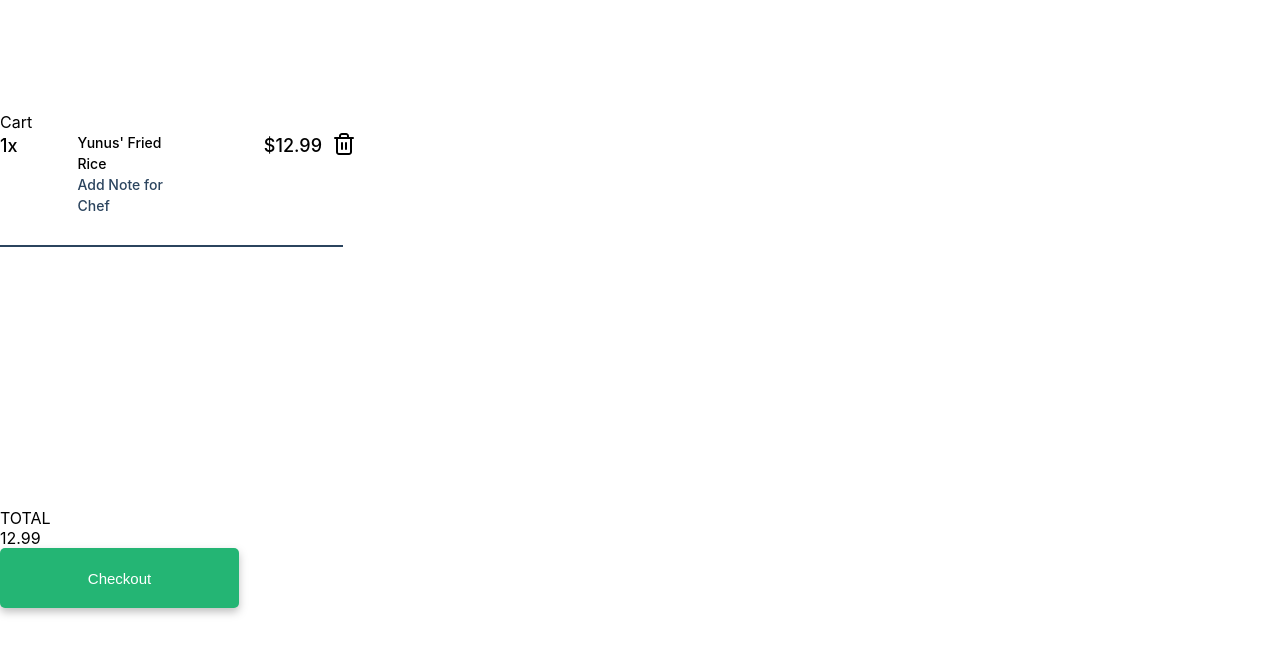
Repository: nguyenlejoe/HomeChef
Page: /DashBoardChef (app in app/)
An editor plug-in stored every save of this project. The page is shown before and after the next save, followed by the edit.
The browser window is 1280 px wide. The pictures show the whole page.
The project was rebuilt for these pictures with package versions that can differ from the ones it lists, and the page was loaded fresh each time.

Above is the page before, as saved 2020-11-05 10:52:51.

### app/src/App.js
import React from 'react';
//import logo from './logo.svg';
//import './App.css';
import Pages from './pages/Checkout';

function App() {
  return (
    <Pages />
  );
}

export default App;

### app/src/pages/Checkout.js
import React from 'react';
import './Checkout.scss';
import CheckoutItem from '../comps/CheckoutItem';
import Button from '../comps/MainButton';

export default function CheckoutPage() {
  return<div className="app">
       <div>
           <div></div>
           <div>Cart</div>
       </div>
       <div className="checkout">
           <CheckoutItem></CheckoutItem>
       </div>

        <div>
            <div>TOTAL</div>
            <div>12.99</div>
        </div>
        <div>
            <Button text="Checkout"></Button>
        </div>
    </div>
}

### app/src/pages/Checkout.scss
.app{
    width: 100vw;
    height:100vh;
    overflow-x: hidden;
    display: flex;
    flex-direction: column;
    justify-content: center;
}

.checkout{
    margin-bottom: 300px;
}

### app/src/comps/CheckoutItem/index.js
import React from 'react';
import styled, {css} from 'styled-components';

const Checkoutitemcont = styled.div`

max-width:346px;
max-height:76px;


`
const Carttxt = styled.div`
display:flex;
flex-direction:row;
`
const Quantity = styled.div`
Margin-right: 60px;font-size: 18px;
font-style: normal;
font-weight: 500;
line-height: 27px;
letter-spacing: 0em;
text-align: left;

`

const ItemName = styled.div`
Margin-right: 90px;
font-size: 14px;
font-style: normal;
font-weight: 500;
line-height: 21px;
letter-spacing: 0em;
text-align: left;

`

const ChefNote = styled.div`
color: #2B445E;
cursor:pointer;

`

const Price = styled.div`
font-size: 18px;
font-style: normal;
font-weight: 500;
line-height: 27px;
letter-spacing: 0em;
text-align: left;

`

const Delete = styled.div`

`

const Bottomhr = styled.div`
height: 0px;
width: 341px;
border-radius: nullpx;
border: 1px solid #2B445E;
margin-top:29px;

`

const Iconcont = styled.div `
position:relative;
left:10px;
`









const CheckoutItem = ({Quant, Itemnm, Note, Pricetag,}) => {

    return <Checkoutitemcont>
            <Carttxt>
            <Quantity>{Quant}</Quantity>
            <ItemName>{Itemnm}<ChefNote>   {Note}</ChefNote></ItemName>
            <Price>{Pricetag}</Price>
            <Delete></Delete>
            <Iconcont>
            <img src="/trash-2.svg"/>
            </Iconcont>
            </Carttxt>
            <Bottomhr>

            </Bottomhr>
    </Checkoutitemcont>

}

CheckoutItem.defaultProps = {

    Quant:"1x",
    Itemnm:"Yunus' Fried Rice",
    Note:"Add Note for Chef",
    Pricetag:"$12.99",

}

export default CheckoutItem;

### app/src/comps/MainButton/index.js
import React from 'react';
import styled, {css} from 'styled-components';
import icon2 from '../../assets/DollarSign.png';

const ButtonContainer = styled.button`
    width: ${props =>props.width ? props.width : '239px'};
    height: ${props =>props.height ? props.height : '60px'};
    background-color: ${props =>props.bgcolor ? props.bgcolor : '#24B574'};
    border-radius: ${props =>props.radius ? props.radius : '5px'};
    display: flex;
    justify-content: center;
    align-items: center;
    filter: drop-shadow(0px 4px 4px rgba(0, 0, 0, 0.25));
    border:none;
`;

const ButtonText = styled.p`
    text-align: center;
    font-size: ${props =>props.fontSize ? props.fontSize : '15px'};;
    color:${props =>props.textColor ? props.textColor : '#FFFFFF'};
`;

const Icon = styled.div`
    ${() => css`
        background-image: url(${props =>props.icon1 ? props.icon1 : icon2});
        background-color:white;
        padding:10px;
        background-repeat: no-repeat;
        background-position: center;
        position:absolute;
        left: 0px;
        `}
    `;

const Button = ({text,textColor,bgcolor, width, height, radius, fontSize}) => {
    return <ButtonContainer bgcolor = {bgcolor} height={height} width={width} radius={radius}>
                <ButtonText fontSize={fontSize} textColor = {textColor}>{text}</ButtonText>
            </ButtonContainer>
}

ButtonText.defaultprops = {
    color:null,
}

export default Button;

Loaded but not shown: app/public/index.html (common file); app/src/index.js (common file); app/src/index.css (common file); app/src/serviceWorker.js (common file)

After the next save:
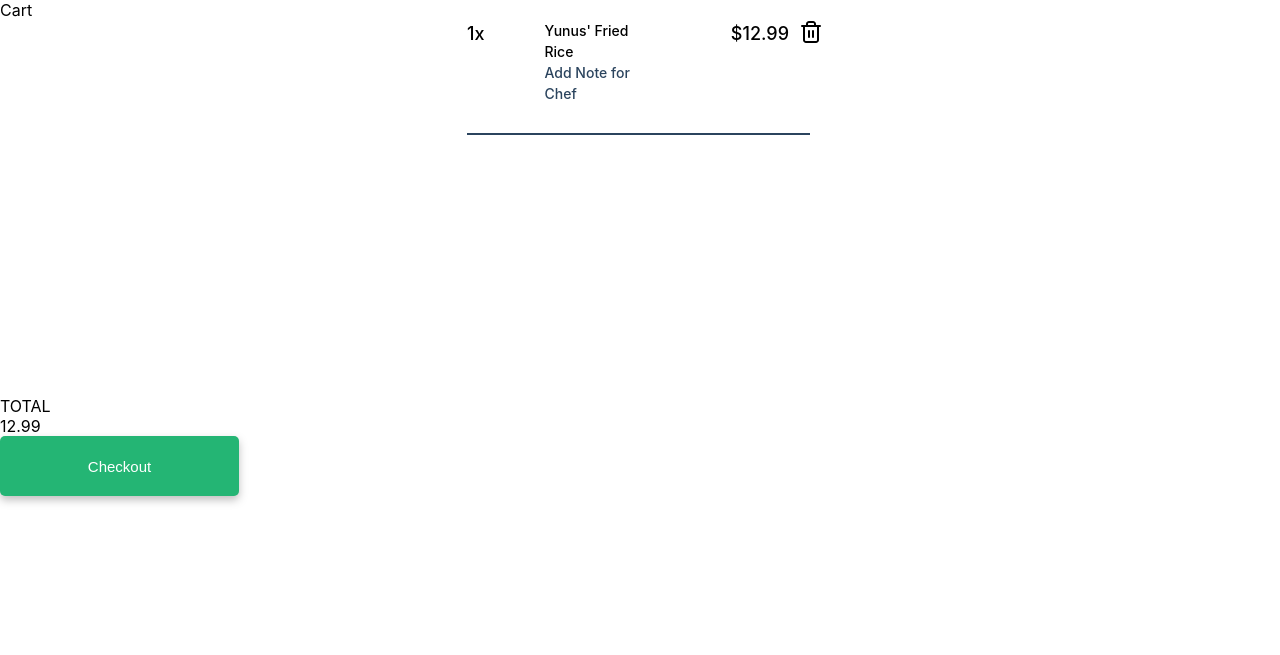
Saved 82 s later.
--- a/app/src/pages/Checkout.scss
+++ b/app/src/pages/Checkout.scss
@@ -2,11 +2,11 @@
     width: 100vw;
     height:100vh;
     overflow-x: hidden;
-    display: flex;
-    flex-direction: column;
-    justify-content: center;
+
 }
 
 .checkout{
     margin-bottom: 300px;
+    display: flex;
+    justify-content: center;
 }
